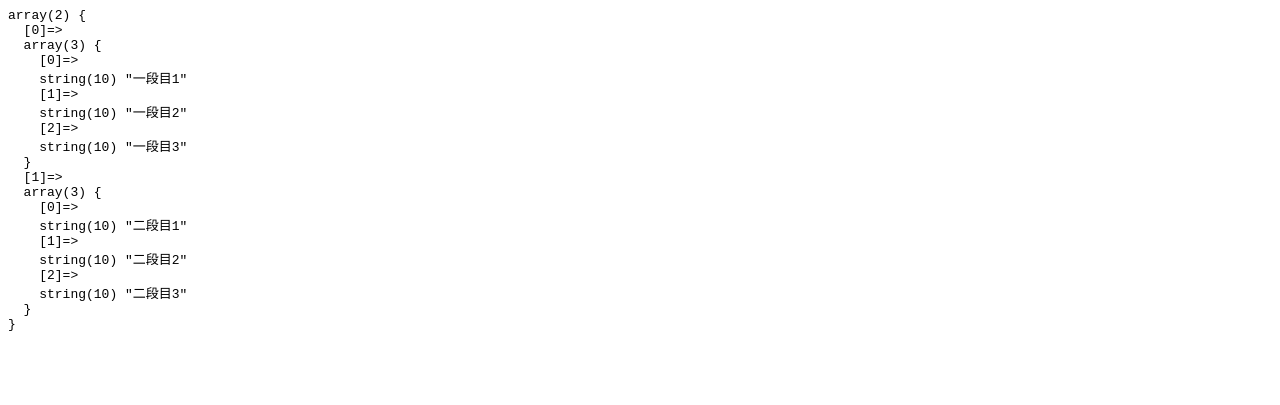
Repository: shimomura2020goout/phptest-240302
Page: http://localhost/11-index.php
An editor plug-in stored every save of this project. The page is shown before and after the next save, followed by the edit.
The browser window is 1280 px wide. The pictures show the whole page.
The page is run by PHP 8.4 with error messages shown; the project is at /var/www/html/.

Above is the page before, as saved 2024-03-03 17:35:05.

After the next save:
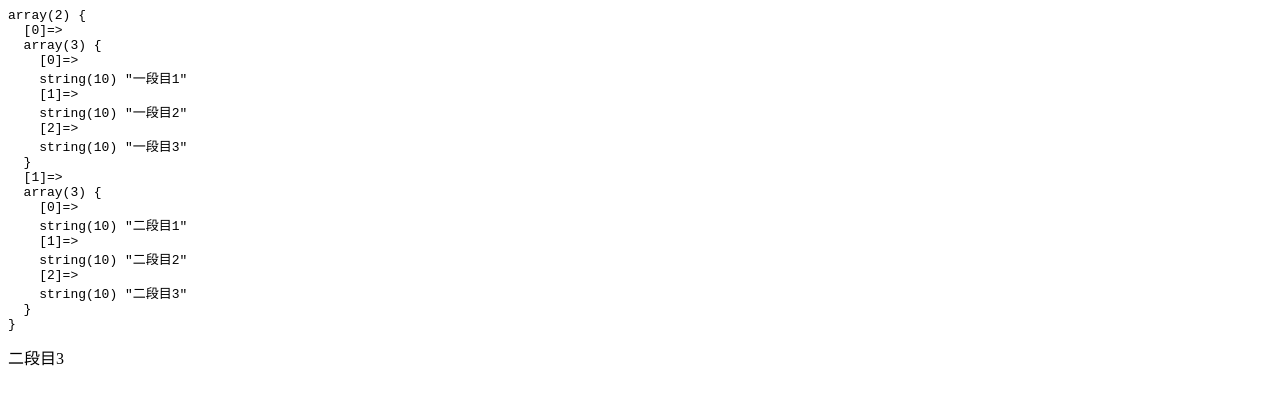
Saved 80 s later.
--- a/11-index.php
+++ b/11-index.php
@@ -12,4 +12,6 @@ echo '<pre>';
 var_dump($array_2);
 echo '</pre>';
 
+echo $array_2 [1][2];
+
 ?>
